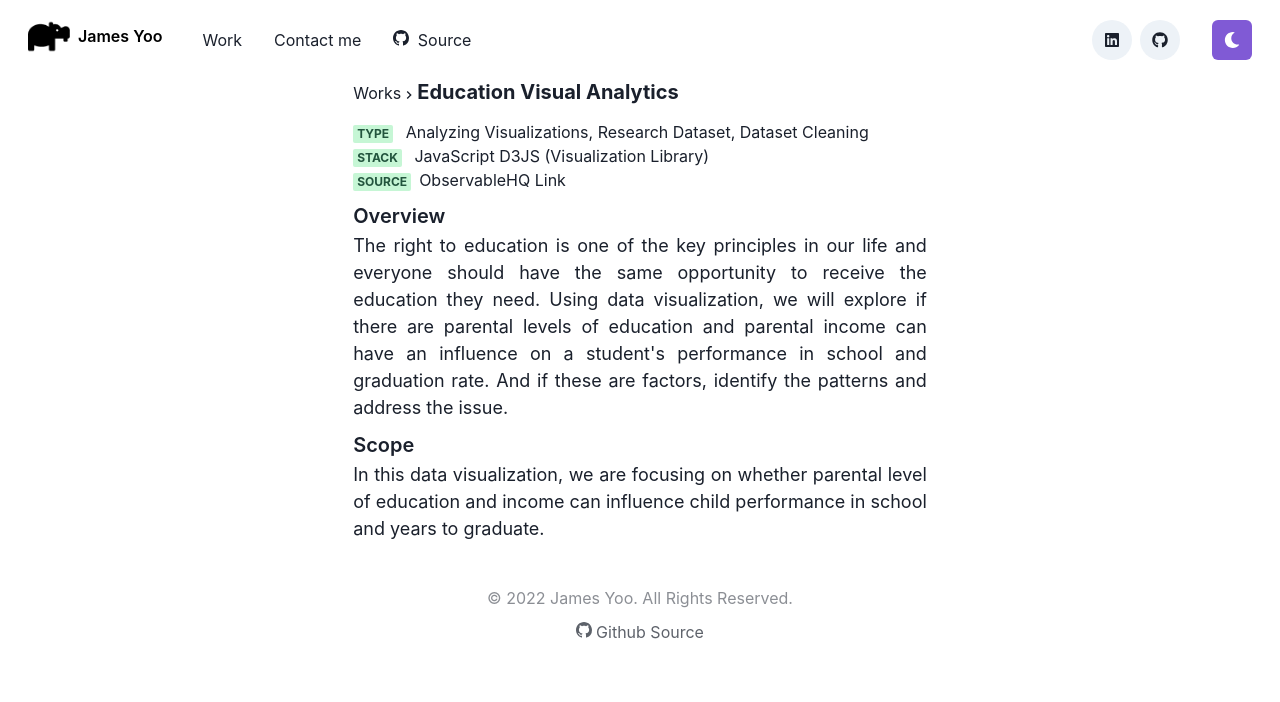
Repository: jammy729/portfolio-2022
Page: /work/educationvisualanalytics
These files come from the project's save history. The page is drawn as it stood at one moment and after the next save; the edit follows.
The browser window is 1280 px wide. The pictures show the whole page.
The project was rebuilt for these pictures with package versions that can differ from the ones it lists, and the page was loaded fresh each time. Also part of the build but not shown: src/components/home.js, src/components/contact.js, src/components/layouts/layout.js, src/components/work/work.js, src/components/work/Development/WorldInstitutionDatabase/worldinstitutiondatabase.js, src/components/work/Development/GeoMemories/geomemories.js, src/components/work/Design/ExperienceDesign/experiencedesign.js, src/components/work/Development/PersonalPortfolio/personalportfolio.js. Imported but missing from the stored project, and not drawn on this page: src/components/work/Design/FinestCup/finestcup, src/components/work/Development/WorldInstitutionDatabase/universityDatabase.mp4.

Above is the page before, as saved 2022-06-28 15:02:26.

After the next save:
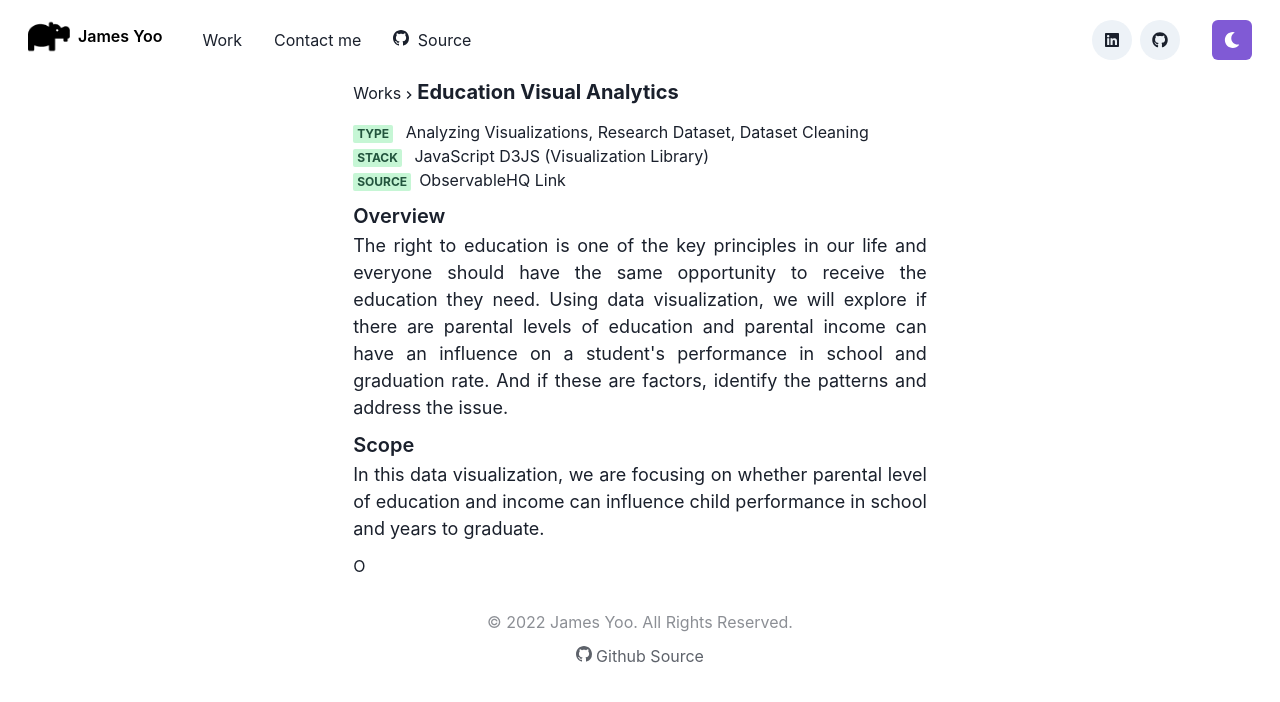
Saved 7 s later.
--- a/src/components/work/Development/EducationVisualAnalytics/educationvisualanalytics.js
+++ b/src/components/work/Development/EducationVisualAnalytics/educationvisualanalytics.js
@@ -47,7 +47,7 @@
           years to graduate.
         </DescriptionText>
 
-
+        O
       </Container>
     </Box>
   )

After the 2 saves that followed:
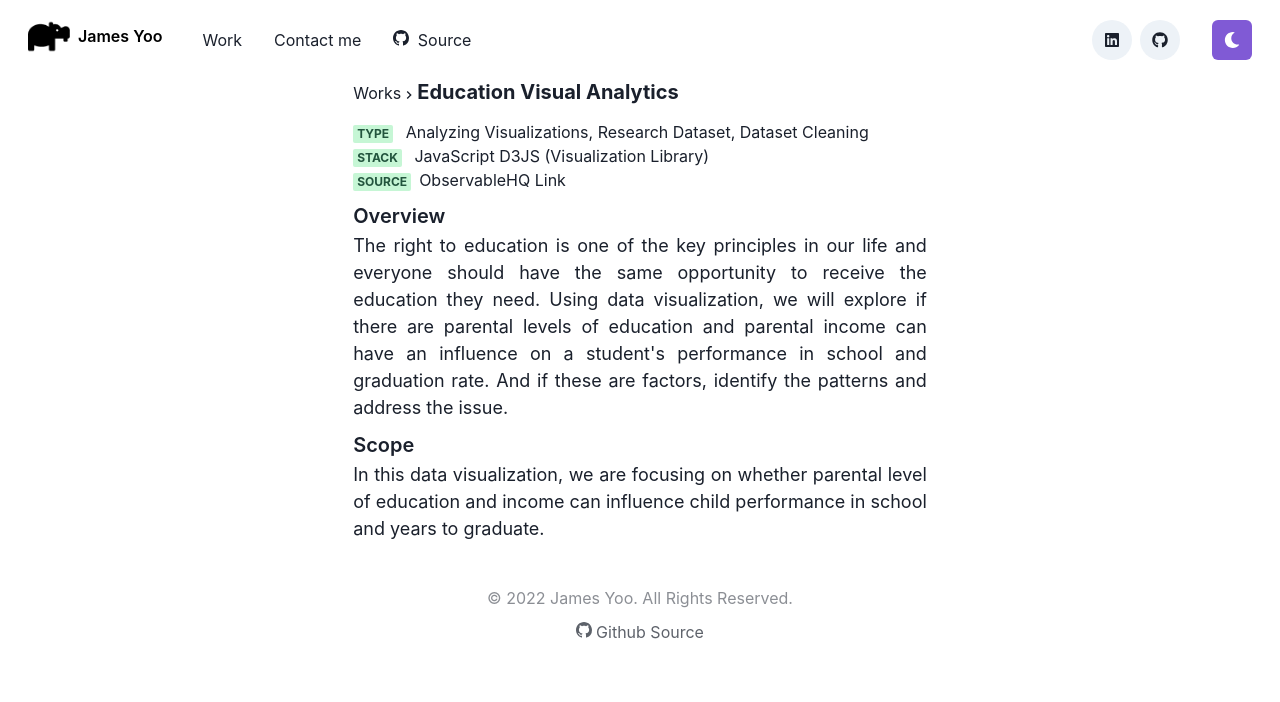
The 2 saves are shown as one change because they came seconds apart.
The last was saved 6 s later.
--- a/src/components/work/Development/EducationVisualAnalytics/educationvisualanalytics.js
+++ b/src/components/work/Development/EducationVisualAnalytics/educationvisualanalytics.js
@@ -47,7 +47,8 @@
           years to graduate.
         </DescriptionText>
 
-        O
+        {/* DOMAIN QUESTIONS  */}
+
       </Container>
     </Box>
   )
